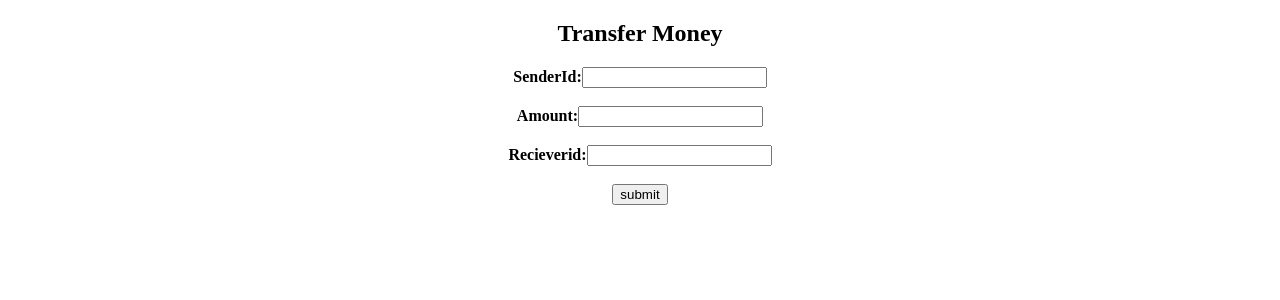
Repository: BarnalaManognaram/sparxintern
Page: sparx_internship/sparx/src/main/webapp/transfer.html
An editor plug-in stored every save of this project. The page is shown before and after the next save, followed by the edit.
The browser window is 1280 px wide. The pictures show the whole page.

Above is the page before, as saved 2021-09-19 16:10:20.

After the next save:
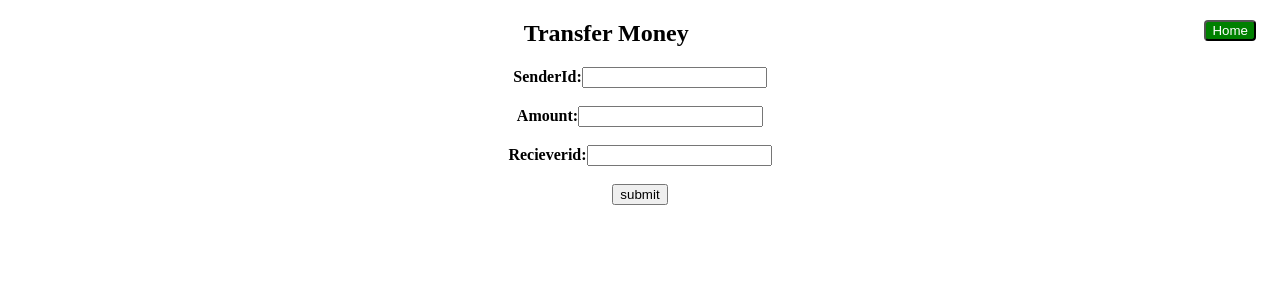
Saved 4 min 0 s later.
--- a/sparx_internship/sparx/src/main/webapp/transfer.html
+++ b/sparx_internship/sparx/src/main/webapp/transfer.html
@@ -6,6 +6,7 @@
 <link rel="stylesheet" href="home.css">
 </head>
 <body>
+<a href="home.html"><button class="button1">Home</button></a>
   <center>
    <h2>Transfer Money</h2>
     <b>SenderId:</b><input type="text" name="sid" /><br><br>
